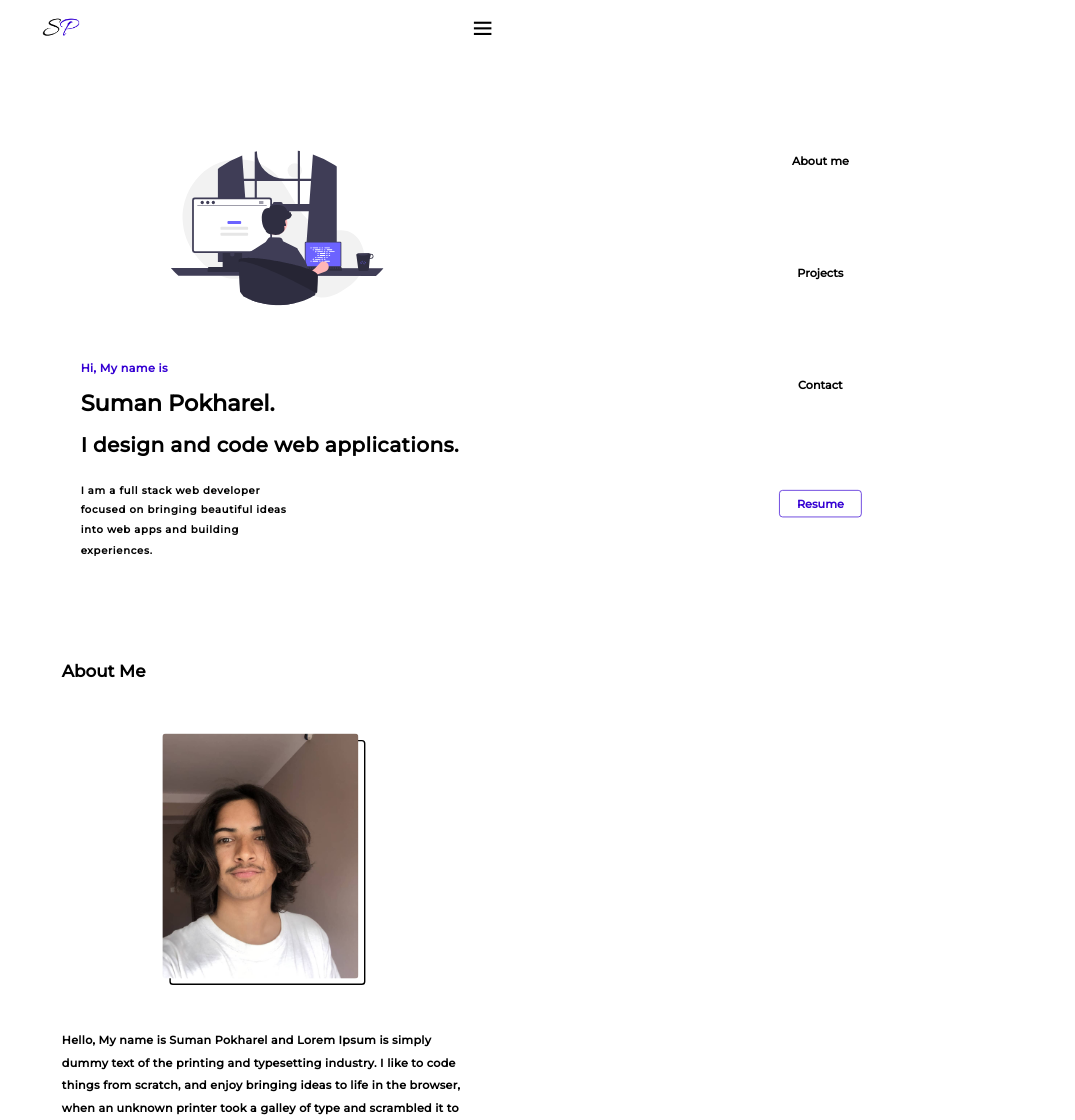
Repository: iamsumanp/portfolio
Page: /
The author's editor kept a copy of each file at every save. The page is drawn from the files as they stood at one save, then again after the next save.
The browser window is 768 px wide. The page is 1536 px wide, so the pictures cover 1536 px, including what lies to the right of the window. The pictures show the part of the page from y = 0 to 1600 px (the page is 5979 px tall), at 70% of full size.
The project was rebuilt for these pictures with package versions that can differ from the ones it lists, and the page was loaded fresh each time.

Above is the page before, as saved 2022-07-06 17:04:59.

After the next save:
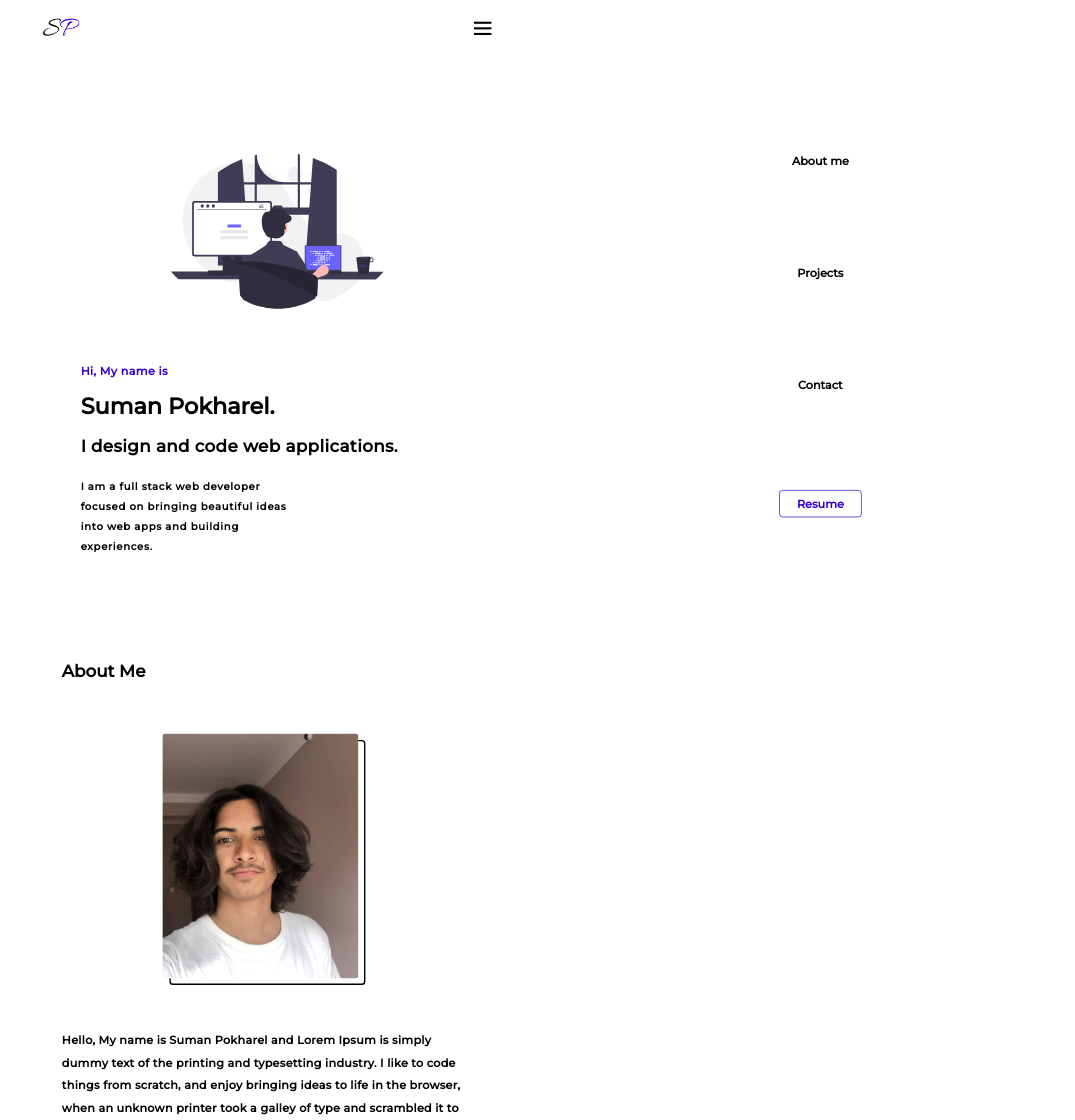
Saved 24 s later.
--- a/src/styles/styles.css
+++ b/src/styles/styles.css
@@ -144,6 +144,11 @@ body {
 }
 .heroSection .content .h2text {
   font-size: 1.8rem;
+}
+@media (max-width: 800px) {
+  .heroSection .content .h2text {
+    font-size: 1.5rem;
+  }
 }
 .heroSection .content .h5text {
   width: 55%;
@@ -578,4 +583,4 @@ body {
   .spSpan {
     text-align: center;
   }
-}/*# sourceMappingURL=styles_20220706170459.css.map */
+}/*# sourceMappingURL=styles_20220706170523.css.map */
